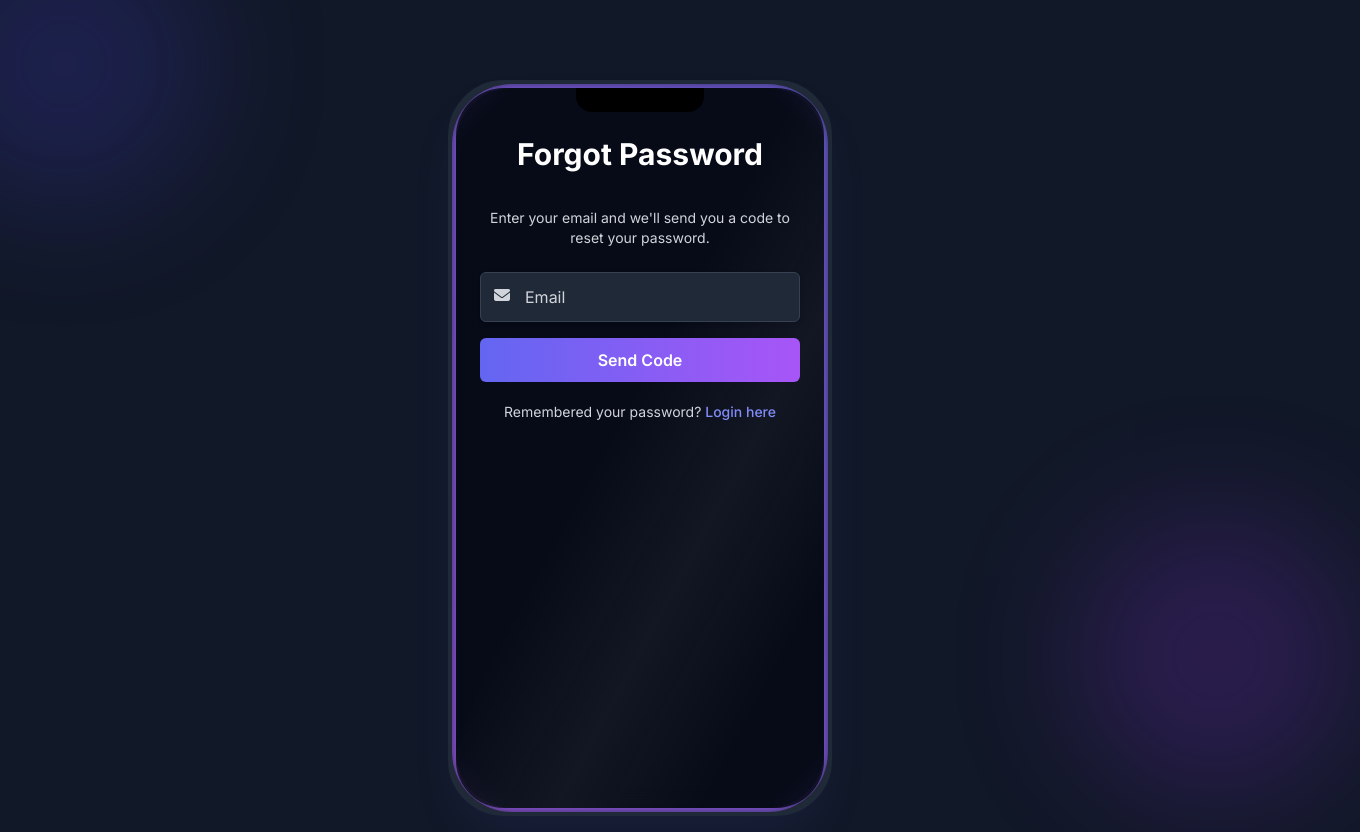
Repository: Punith-Singh/chatbot
Page: frontend/forgotpassword.html
These files come from the project's save history. The page is drawn as it stood at one moment and after the next save; the edit follows.
The browser window is 1280 px wide. The page is 1360 px wide, so the pictures cover 1360 px, including what lies to the right of the window. The pictures show the whole page.
Some web libraries are served in a nearby version.

Above is the page before, as saved 2025-11-09 12:04:53.

After the next save:
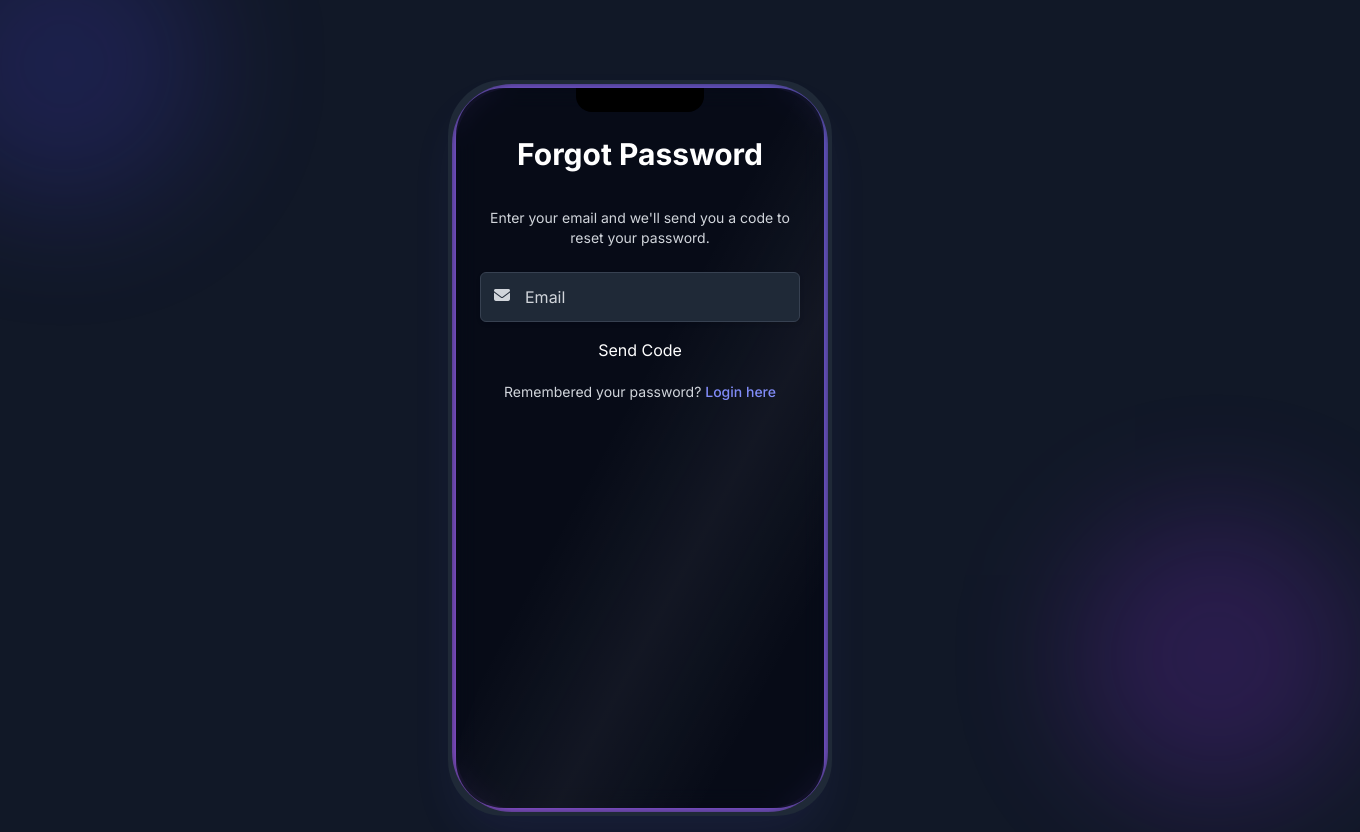
Saved 7 min 51 s later.
--- a/frontend/forgotpassword.html
+++ b/frontend/forgotpassword.html
@@ -187,7 +187,8 @@
               </div>
 
               <!-- Submit Button -->
-              <button class="login-btn group relative flex w-full justify-center rounded-md bg-gradient-to-r from-indigo-500 to-purple-500 px-4 py-2.5 text-base font-semibold text-white transition-all duration-200 ease-in-out hover:from-indigo-400 hover:to-purple-400 hover:scale-[1.03] hover:shadow-lg hover:shadow-indigo-500/40 active:scale-[.98] active:shadow-none disabled:bg-gray-600 disabled:from-gray-600 disabled:to-gray-700 disabled:cursor-not-allowed disabled:hover:scale-100 disabled:hover:shadow-none" id="send-code-btn">
+              <!-- **FIX**: Removed hover:scale and active:scale -->
+              <button class"login-btn group relative flex w-full justify-center rounded-md bg-gradient-to-r from-indigo-500 to-purple-500 px-4 py-2.5 text-base font-semibold text-white transition-all duration-200 ease-in-out hover:from-indigo-400 hover:to-purple-400 hover:shadow-lg hover:shadow-indigo-500/40 active:shadow-none disabled:bg-gray-600 disabled:from-gray-600 disabled:to-gray-700 disabled:cursor-not-allowed disabled:hover:scale-100 disabled:hover:shadow-none" id="send-code-btn">
                 <span class="btn-text transition-opacity duration-200">Send Code</span>
                 <div class="spinner absolute left-1/2 top-1/2 h-5 w-5 -translate-x-1/2 -translate-y-1/2 animate-spin rounded-full border-2 border-white/30 border-t-white opacity-0 transition-opacity duration-200"></div>
               </button>
@@ -227,7 +228,7 @@
 
         setLoading(true);
 
-       try {
+        try {
             // **FIX**: Using the real API call, removed mock data
             const response = await fetch('http://localhost:5000/forgot-password', {
              method: 'POST',

After the save that followed:
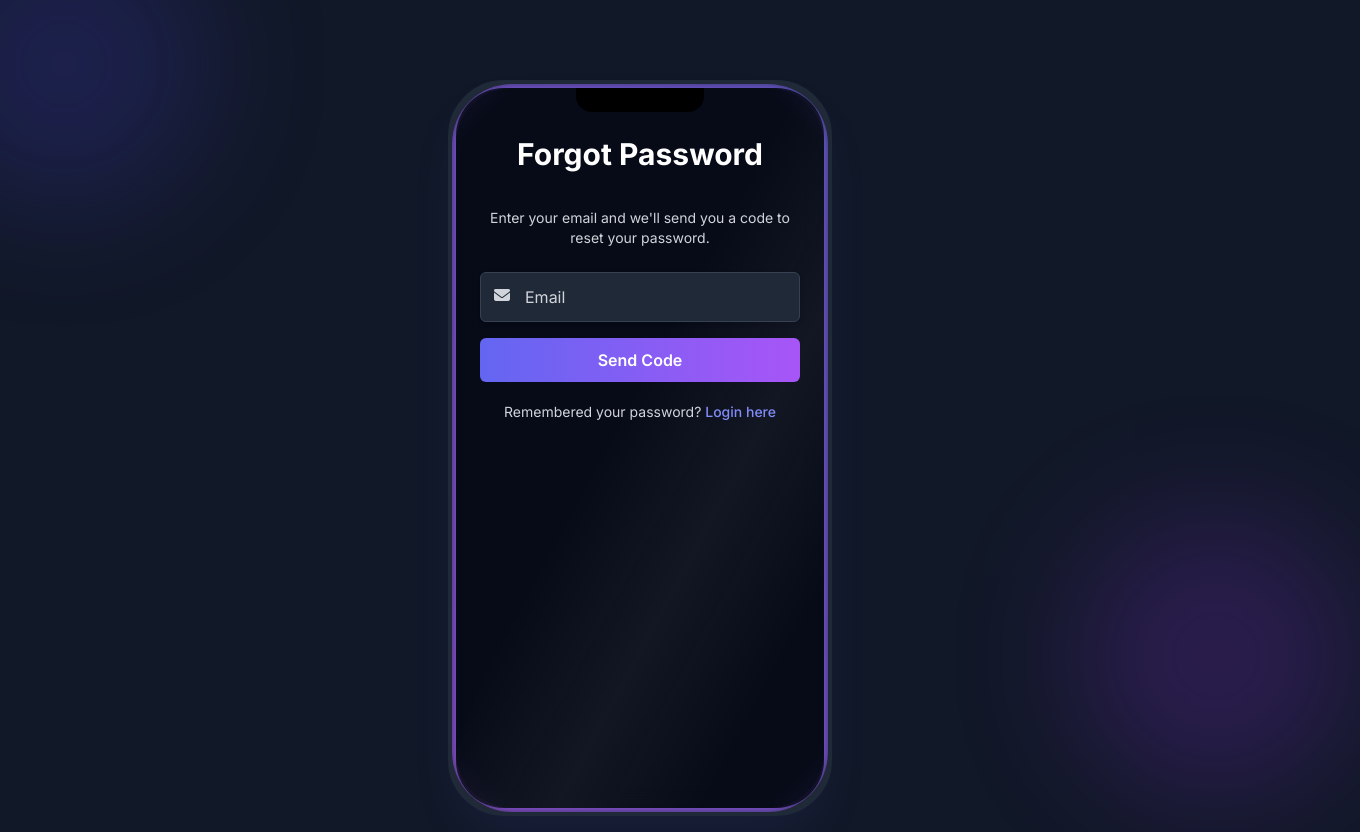
Saved 50 s later.
--- a/frontend/forgotpassword.html
+++ b/frontend/forgotpassword.html
@@ -187,8 +187,7 @@
               </div>
 
               <!-- Submit Button -->
-              <!-- **FIX**: Removed hover:scale and active:scale -->
-              <button class"login-btn group relative flex w-full justify-center rounded-md bg-gradient-to-r from-indigo-500 to-purple-500 px-4 py-2.5 text-base font-semibold text-white transition-all duration-200 ease-in-out hover:from-indigo-400 hover:to-purple-400 hover:shadow-lg hover:shadow-indigo-500/40 active:shadow-none disabled:bg-gray-600 disabled:from-gray-600 disabled:to-gray-700 disabled:cursor-not-allowed disabled:hover:scale-100 disabled:hover:shadow-none" id="send-code-btn">
+              <button class="login-btn group relative flex w-full justify-center rounded-md bg-gradient-to-r from-indigo-500 to-purple-500 px-4 py-2.5 text-base font-semibold text-white transition-all duration-200 ease-in-out hover:from-indigo-400 hover:to-purple-400 hover:scale-[1.03] hover:shadow-lg hover:shadow-indigo-500/40 active:scale-[.98] active:shadow-none disabled:bg-gray-600 disabled:from-gray-600 disabled:to-gray-700 disabled:cursor-not-allowed disabled:hover:scale-100 disabled:hover:shadow-none" id="send-code-btn">
                 <span class="btn-text transition-opacity duration-200">Send Code</span>
                 <div class="spinner absolute left-1/2 top-1/2 h-5 w-5 -translate-x-1/2 -translate-y-1/2 animate-spin rounded-full border-2 border-white/30 border-t-white opacity-0 transition-opacity duration-200"></div>
               </button>
@@ -228,7 +227,7 @@
 
         setLoading(true);
 
-        try {
+       try {
             // **FIX**: Using the real API call, removed mock data
             const response = await fetch('http://localhost:5000/forgot-password', {
              method: 'POST',
